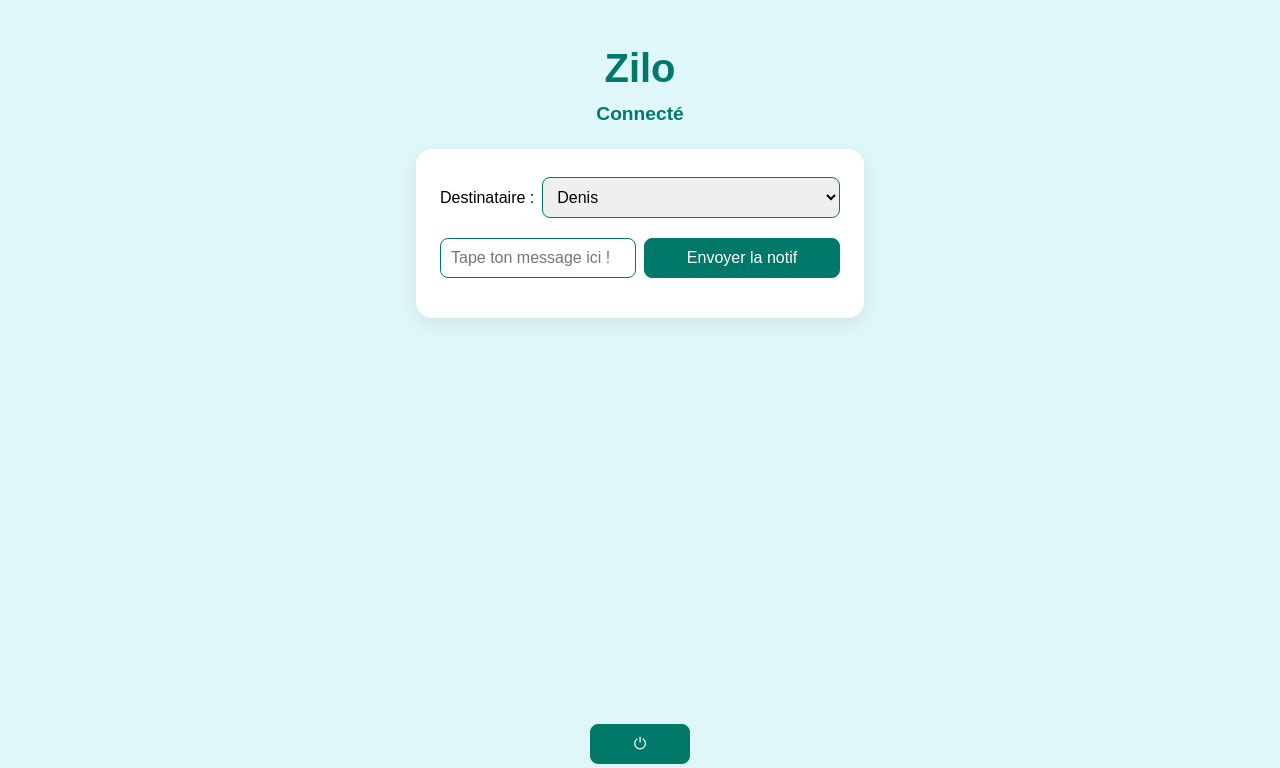
Repository: nlagardere/LumoNet
Page: public/index.html
The author's editor kept a copy of each file at every save. The page is drawn from the files as they stood at one save, then again after a run of saves.
The browser window is 1280 px wide. The pictures show the whole page.

Above is the page before, as saved 2025-08-18 20:30:45.

After the next 2 saves:
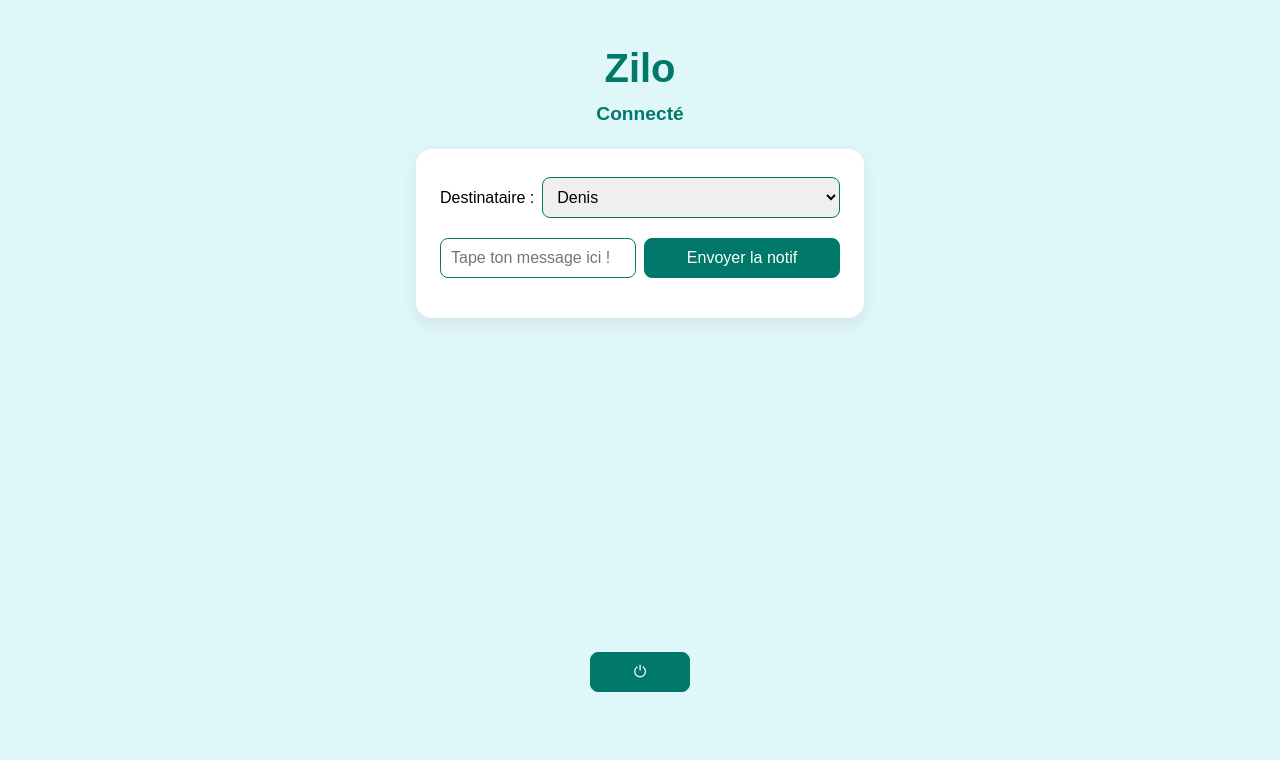
The 2 saves are shown as one change because they came seconds apart.
The last was saved 7 s later.
--- a/public/index.html
+++ b/public/index.html
@@ -80,7 +80,7 @@
 
     .logout {
       position: absolute;
-      top: 100%;
+      top: 90%;
       display:flex;
       justify-content:center;
       align-items:center;
